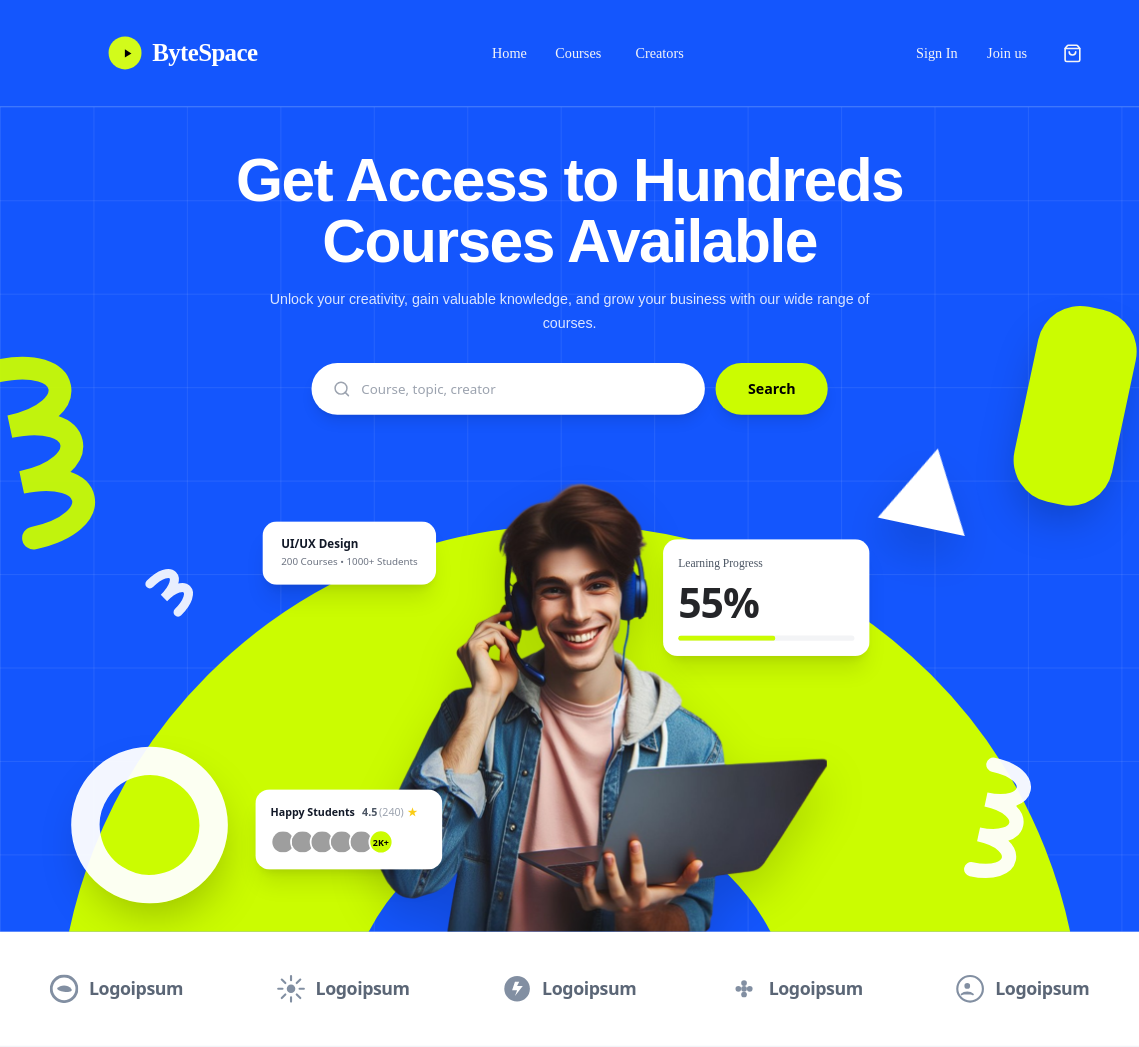
Repository: mdkawsarjomadder/bytespace
Page: /
An editor plug-in stored every save of this project. The page is shown before and after the next save, followed by the edit.
The browser window is 1280 px wide. The pictures show the whole page, at 89% of full size.
Pictures or frames that could not be fetched are drawn as grey boxes. Some web fonts or font styles are not loaded; a fallback is used. The project was rebuilt for these pictures with package versions that can differ from the ones it lists, and the page was loaded fresh each time. Also part of the build but not shown: vite.config.js.

Above is the page before, as saved 2026-09-29 19:06:30.

After the next save:
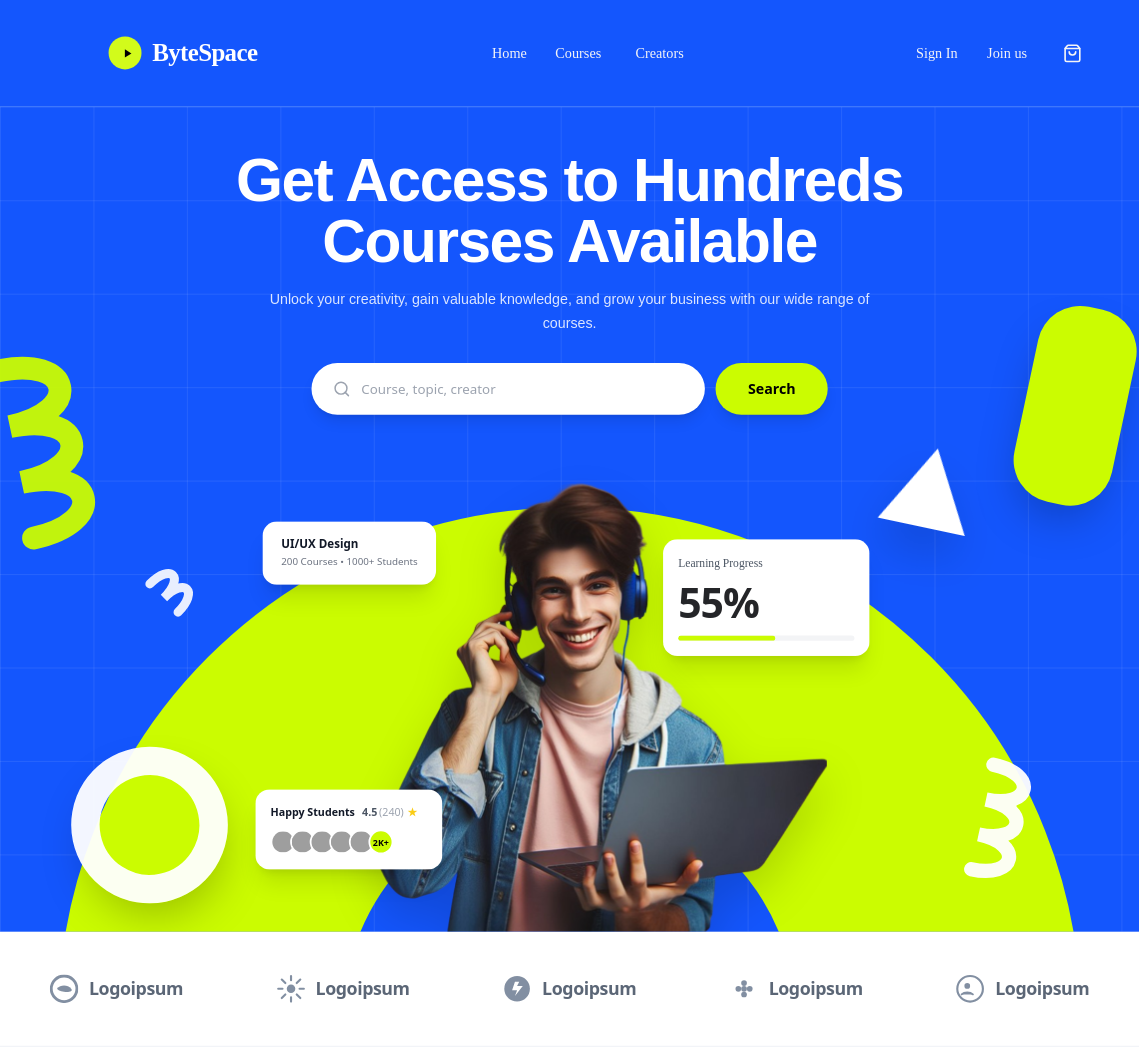
Saved 7 s later.
--- a/src/components/Hero.jsx
+++ b/src/components/Hero.jsx
@@ -74,7 +74,7 @@ const Hero = () => {
           style={{
             width: '1149px',
             height: '1149px',
-            top: '470px',
+            top: '450px',
             left: '50%',
             transform: 'translateX(-50%)',
             border: '320px solid #CBFC01',
